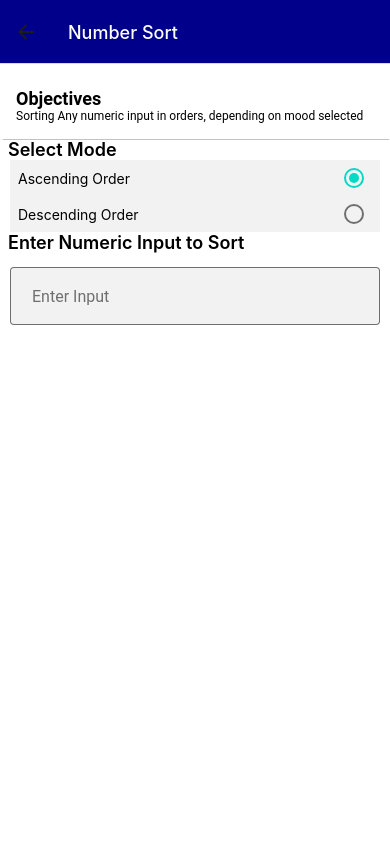
Repository: seyicoded/rn-crazy-algorithm-app
Screen: /Sort_simple_number
These files come from the project's save history. The screen is drawn as it stood at one moment and after the next save; the edit follows.
The app was drawn by React Native's web renderer in a window 390 px wide. The project was rebuilt for these pictures with package versions that can differ from the ones it lists, and the page was loaded fresh each time. Also part of the build but not shown: src/screens/sort.js, src/screens/filter.js, src/screens/advance.js, src/screens/sorts/Sort_alphabet.js.

Above is the screen before, as saved 2022-03-30 17:54:44.

After the next save:
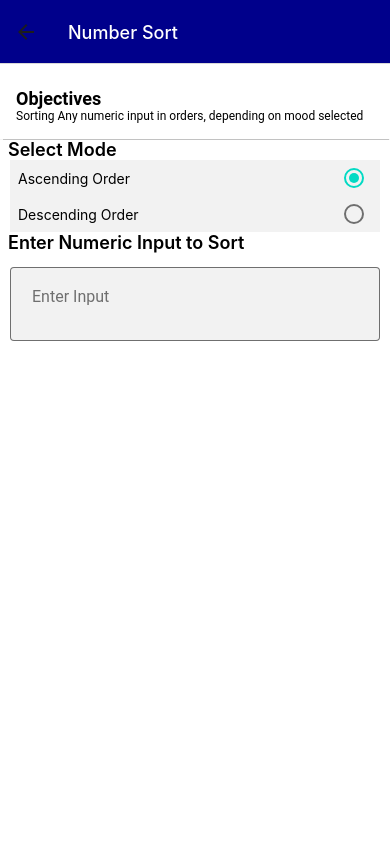
Saved 18 s later.
--- a/src/screens/sorts/Sort_simple_number.js
+++ b/src/screens/sorts/Sort_simple_number.js
@@ -43,6 +43,7 @@ export default function Sort_simple_number() {
             mode='outlined'
             style={styles.input}
             value={unsortedVal}
+            multiline={true}
             onChangeText={text => setunsortedVal(text)}
         />
     </View>
